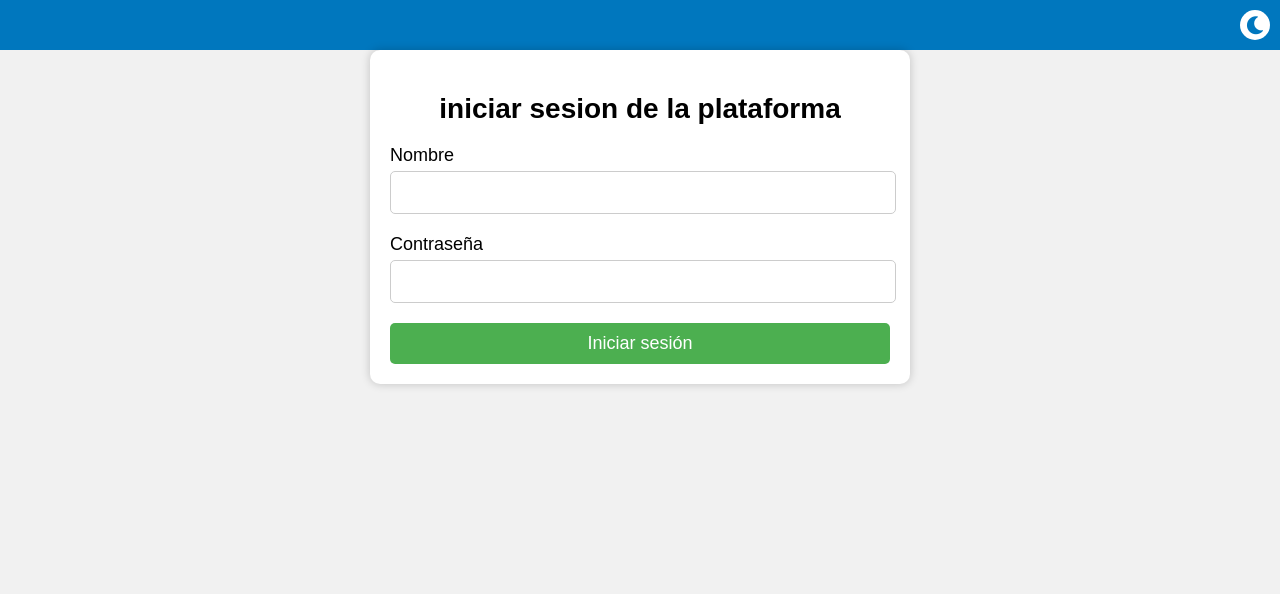
Repository: n0soyHacker/school-administration-app
Page: /
An editor plug-in stored every save of this project. The page is shown before and after the next save, followed by the edit.
The browser window is 1280 px wide. The pictures show the whole page.
The project was rebuilt for these pictures with package versions that can differ from the ones it lists, and the page was loaded fresh each time.

Above is the page before, as saved 2023-02-18 20:14:10.

### public/index.html
<!DOCTYPE html>
<html lang="en">
  <head>
    <meta charset="utf-8" />
    <link rel="icon" href="%PUBLIC_URL%/favicon.ico" />
    <meta name="viewport" content="width=device-width, initial-scale=1" />
    <meta name="theme-color" content="#000000" />
    <meta
      name="description"
      content="Web site created using create-react-app"
    />
    <link rel="stylesheet" href="https://cdnjs.cloudflare.com/ajax/libs/font-awesome/5.15.3/css/all.min.css" />
    <link rel="apple-touch-icon" href="%PUBLIC_URL%/logo192.png" />
    <!--
      manifest.json provides metadata used when your web app is installed on a
      user's mobile device or desktop. See https://developers.google.com/web/fundamentals/web-app-manifest/
    -->
    <link rel="manifest" href="%PUBLIC_URL%/manifest.json" />
    <!--
      Notice the use of %PUBLIC_URL% in the tags above.
      It will be replaced with the URL of the `public` folder during the build.
      Only files inside the `public` folder can be referenced from the HTML.

      Unlike "/favicon.ico" or "favicon.ico", "%PUBLIC_URL%/favicon.ico" will
      work correctly both with client-side routing and a non-root public URL.
      Learn how to configure a non-root public URL by running `npm run build`.
    -->
    <title>Plataforma Educativa</title>
  </head>
  <body>
    <noscript>You need to enable JavaScript to run this app.</noscript>
    <div id="root"></div>
    <!--
      This HTML file is a template.
      If you open it directly in the browser, you will see an empty page.

      You can add webfonts, meta tags, or analytics to this file.
      The build step will place the bundled scripts into the <body> tag.

      To begin the development, run `npm start` or `yarn start`.
      To create a production bundle, use `npm run build` or `yarn build`.
    -->
  </body>
</html>

### src/App.js
import { useState } from "react";
import './styleForm.css';

function App() {
  const [darkMode, setDarkMode] = useState(false);

  const handleToggleDarkMode = () => {
    setDarkMode(!darkMode);
  };

  return (
    <div className={`App ${darkMode ? "dark-mode" : ""}`}>
      <div className="topbar">
        <div className="toggle" onClick={handleToggleDarkMode}>
          {darkMode ? (
            <i className="fas fa-sun"></i>
          ) : (
            <i className="fas fa-moon"></i>
          )}
        </div>
      </div>
      {/* inicia el contenedor del formulario */}
      <div className="form-container">
        <form>
          <h2>iniciar sesion de la plataforma</h2>
          <div className="form-group">
            <label htmlFor="username">Nombre</label>
            <input type="text" id="username" name="username" required />
          </div>
          <div className="form-group">
            <label htmlFor="password">Contraseña</label>
            <input type="password" id="password" name="password" required />
          </div>
          <button type="submit">Iniciar sesión</button>
        </form>
      </div>
    </div>
  );
}

export default App;

### src/styleForm.css
body {
  font-family: sans-serif;
  background-color: #f1f1f1;
  margin: 0;
}

.App {
  min-height: 100vh;
  display: flex;
  flex-direction: column;
}

.topbar {
  background-color: #0077be;
  display: flex;
  justify-content: flex-end;
  align-items: center;
  padding: 10px;
}

.toggle {
  display: flex;
  justify-content: center;
  align-items: center;
  background-color: #fff;
  border-radius: 50%;
  width: 30px;
  height: 30px;
  cursor: pointer;
}

.toggle i {
  font-size: 18px;
  color: #0077be;
}

.dark-mode {
  background-color: #292929;
  color: #fff;
}

form {
  max-width: 500px;
  margin: 0 auto;
  background-color: #fff;
  padding: 20px;
  border-radius: 10px;
  box-shadow: 0 0 10px rgba(0, 0, 0, 0.2);
}

h2 {
  text-align: center;
  font-size: 28px;
  margin-bottom: 20px;
}

.form-group {
  margin-bottom: 20px;
  padding-right: 1em;
}

label {
  display: block;
  margin-bottom: 5px;
  font-size: 18px;
}

input {
  width: 100%;
  padding: 10px;
  font-size: 18px;
  border-radius: 5px;
  border: 1px solid #ccc;
}

button[type="submit"] {
  display: block;
  width: 100%;
  padding: 10px;
  background-color: #4CAF50;
  color: #fff;
  font-size: 18px;
  border: none;
  border-radius: 5px;
}

Loaded but not shown: src/index.js (common file); src/index.css (common file); src/reportWebVitals.js (common file)

After the next save:
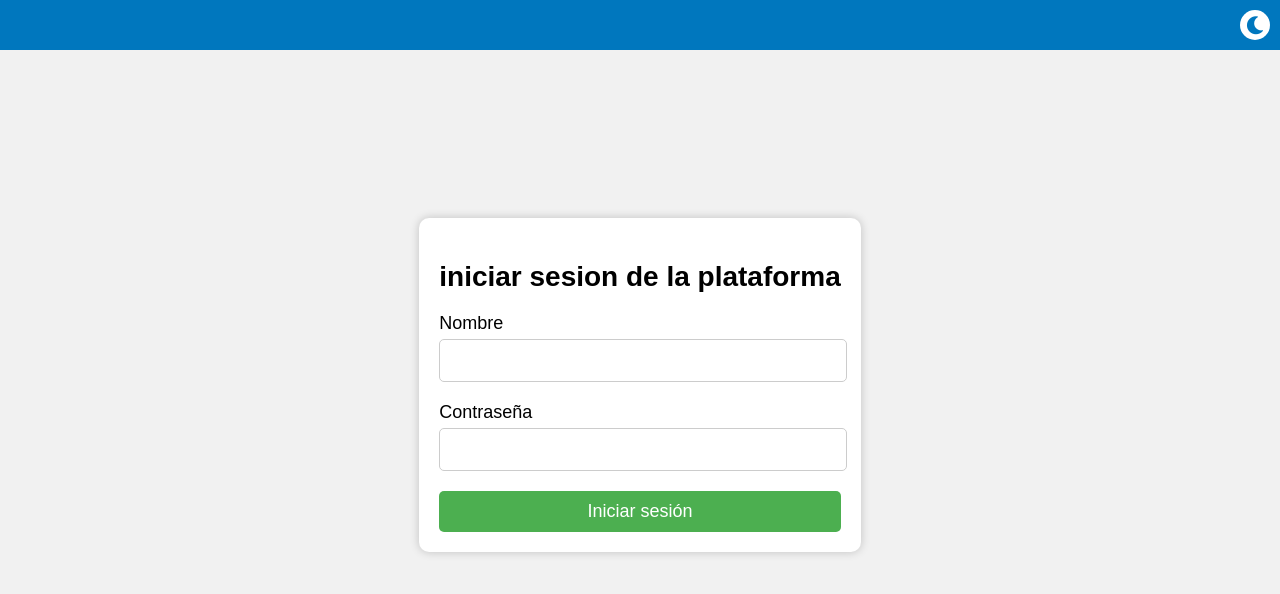
Saved 2 min 24 s later.
--- a/src/styleForm.css
+++ b/src/styleForm.css
@@ -54,6 +54,10 @@ h2 {
   margin-bottom: 20px;
 }
 
+.form-container {
+  margin: auto;
+}
+
 .form-group {
   margin-bottom: 20px;
   padding-right: 1em;
